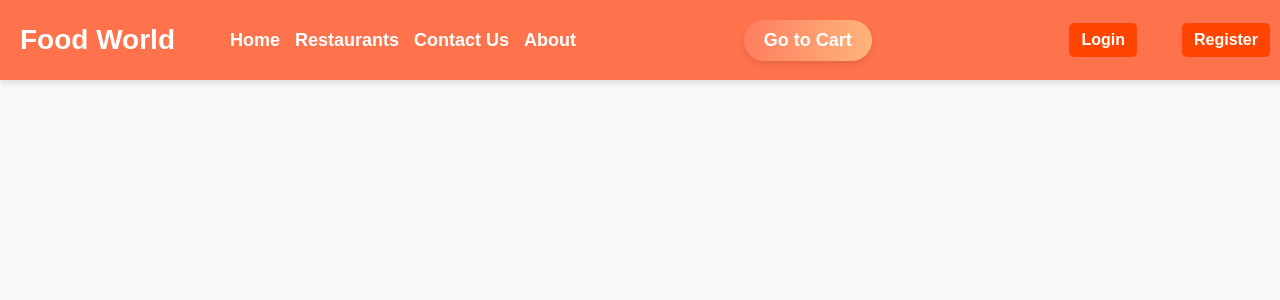
Repository: Sujith-B-S/Food-Application
Page: http://localhost/FoodApplication/home.jsp
The author's editor kept a copy of each file at every save. The page is drawn from the files as they stood at one save, then again after the next save.
The browser window is 1280 px wide. The pictures show the whole page.
Some web fonts or font styles are not loaded; a fallback is used. The page is served by Tomcat 9. Other server files are loaded and not shown.

Above is the page before, as saved 2024-11-28 06:45:50.

### FoodApplication/src/main/webapp/home.jsp
<%@ page language="java" contentType="text/html; charset=UTF-8" pageEncoding="UTF-8"%>
<%@ page import="com.sg.restaurantpojo.Restaurant" %>
<%@ page import="java.util.List" %>
<%@ page import="com.sg.userpojo.User" %>
<!DOCTYPE html>
<html lang="en">
<head>
    <meta charset="UTF-8">
    <meta name="viewport" content="width=device-width, initial-scale=1.0">
    <title>Home - Food Application</title>
    <style>
        /* Google Font */
        @import url('https://fonts.googleapis.com/css2?family=Nunito+Sans:wght@400;600;700&display=swap');

        html {
            scroll-behavior: smooth;
        }

        body {
            margin: 0;
            font-family: 'Nunito Sans', sans-serif;
            background-color: #f9f9f9;
        }

        /* Navbar Styling */
        .navbar {
            position: fixed;
            top: 0;
            width: 100%;
            height: 80px;
            background-color: #FF734C;
            display: flex;
            justify-content: space-between;
            align-items: center;
            padding: 0 20px;
            box-shadow: 0 4px 6px rgba(0, 0, 0, 0.1);
            z-index: 1000;
        }

        .navbar-left .nav {
            display: flex;
            align-items: center;
        }

        .navbar-left {
            gap: 35px;
            display: flex;
            align-items: center;
        }

        .app-name {
            font-size: 28px;
            font-weight: 700;
            color: white;
            margin-right: 20px;
        }

        nav {
            display: flex;
            gap: 15px;
        }

        .navbar a {
            color: white;
            text-decoration: none;
            font-size: 18px;
            font-weight: 600;
        }

        .navbar a:hover {
            color: black;
        }

        .user-info {
            display: flex;
            align-items: center;
            gap: 15px;
        }

        .user-info p {
            margin: 0;
            color: white;
            font-size: 18px;
        }

        .user-info a {
            color: #fff;
            padding: 8px 12px;
            border-radius: 5px;
            margin-right: 30px;
            background-color: #ff4500;
            font-size: 16px;
            text-decoration: none;
            transition: background-color 0.3s ease;
        }

        .user-info a:hover {
            background-color: #ff3300;
        }

        .cart-button {
            display: inline-block;
            margin-right: 30px;
            padding: 10px 20px;
            font-size: 18px;
            font-weight: bold;
            color: white;
            background: linear-gradient(90deg, #ff7e5f, #feb47b);
            border: none;
            border-radius: 25px;
            box-shadow: 0 4px 6px rgba(0, 0, 0, 0.1);
            text-decoration: none;
            text-align: center;
            transition: all 0.3s ease-in-out;
        }

        .cart-button:hover {
            background: linear-gradient(90deg, #feb47b, #ff7e5f);
            box-shadow: 0 6px 12px rgba(0, 0, 0, 0.2);
            transform: translateY(-2px);
        }

        .cart-button:active {
            transform: translateY(0);
            box-shadow: 0 3px 6px rgba(0, 0, 0, 0.1);
        }

        /* Hamburger Menu */
        .hamburger {
            display: none;
            flex-direction: column;
            gap: 5px;
            cursor: pointer;
        }

        .hamburger div {
            width: 25px;
            height: 3px;
            background-color: white;
        }

        .navbar nav {
            display: flex;
        }

        .navbar nav.active {
            display: flex;
            flex-direction: column;
            background-color: #FF734C;
            position: absolute;
            top: 70px;
            left: 0;
            width: 100%;
            padding: 10px 0;
            z-index: 999;
        }

        .container {
            margin: 50px;
            margin-top: 100px;
            display: grid;
            grid-template-columns: repeat(auto-fit, minmax(250px, 1fr));
            gap: 50px;
            height: 150px;
            padding: 20px;
        }

        .card {
            border: 1px solid #ddd;
            border-radius: 10px;
            margin-bottom: 10px;
            background-color: #fff;
            box-shadow: 0 4px 8px rgba(0, 0, 0, 0.1);
            transition: transform 0.3s ease, box-shadow 0.3s ease;
        }

        .card:hover {
            transform: scale(1.05);
            box-shadow: 0 6px 12px rgba(0, 0, 0, 0.2);
        }

        .card img {
            width: 100%;
            height: 250px;
            object-fit: cover;
            -moz-border-radius: 0px;
            -webkit-border-radius: 3px 3px 0px 0px;
            border-radius: 10px 10px 0px 0px;
        }

        .card-content {
            padding: 15px;
            text-align: center;
        }

        .card-content h3 {
            font-size: 1.5rem;
            color: #1E201E;
            margin: 10px 0;
        }

        .card-content p {
            font-size: 0.9rem;
            color: #666;
            margin: 5px 0;
        }

        a {
            text-decoration: none;
        }

        /* Responsive Adjustments */
        @media (max-width: 790px) {
            .hamburger {
                display: flex;
                width: 10px;
            }

            .navbar nav {
                display: none;
            }

            .navbar nav.active {
                display: flex;
            }

            .app-name {
                font-size: 24px;
            }

            .user-info a {
                font-size: 14px;
            }
        }

        @media (max-width: 450px) {
            .hamburger {
                display: flex;
            }

            .navbar nav {
                display: none;
            }

            .navbar nav.active {
                display: flex;
            }

            .app-name {
                font-size: 20px;
            }

            .user-info a {
                font-size: 7px;
            }
        }

    </style>
    <script>
        document.addEventListener('DOMContentLoaded', () => {
            const hamburger = document.querySelector('.hamburger');
            const nav = document.querySelector('.navbar nav');

            hamburger.addEventListener('click', () => {
                nav.classList.toggle('active');
            });
        });
    </script>
</head>
<body>

    <!-- Navbar -->
    <div class="navbar">
        <div class="navbar-left">
            <div class="title">
                <p class="app-name">Food World</p>
            </div>
            <div class="hamburger">
                <div></div>
                <div></div>
                <div></div>
            </div>
            <nav>
                <a href="home.jsp">Home</a>
                <a href="restaurants.jsp">Restaurants</a>
                <a href="contact.jsp">Contact Us</a>
                <a href="about.jsp">About</a>
            </nav>
        </div>
        <a href="cart.jsp" class="cart-button"> Go to Cart</a>
        <div class="user-info">
            <%
                User user = (User) session.getAttribute("loggedInUser");
                if (user != null) {
            %>
                <p>Welcome, <%= user.getUsername() %></p>
                <a href="login.jsp">Logout</a>
            <%
                } else {
            %>
                <a href="login.jsp">Login</a>
                <a href="register.jsp">Register</a>
            <%
                }
            %>
        </div>
    </div>

    <!-- Restaurant Cards -->
    <div class="container">
        <%
            List<Restaurant> resList = (List<Restaurant>) session.getAttribute("resList");
            if (resList != null) {
                for (Restaurant res : resList) {
        %>
        <a href="ShowMenu?restaurantId=<%= res.getRestaurantId() %>">
        <div class="card">
            <img src="<%= res.getImage() %>" alt="Restaurant">
            <div class="card-content">
                <h3><%= res.getName() %></h3>
                <p><strong>Cuisine:</strong> <%= res.getCuisineType() %></p>
                <p><strong>Location:</strong> <%= res.getAddress() %></p>
            </div>
        </div>
        </a>
        <%
            }
        }
        %>
    </div>
</body>
</html>

After the next save:
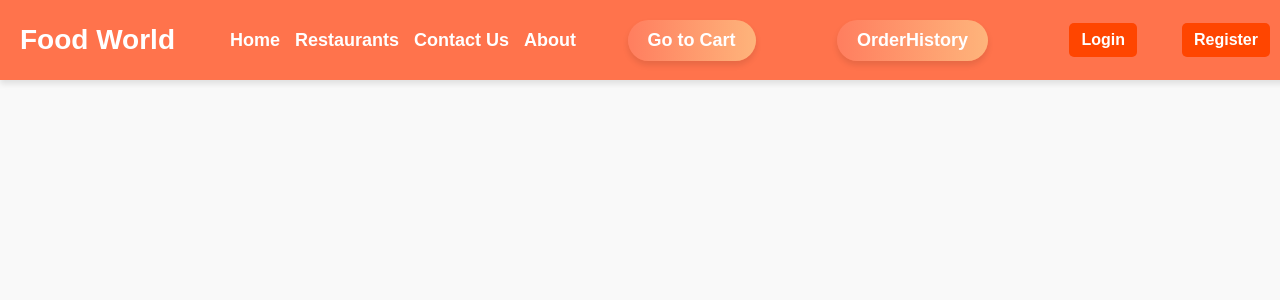
Saved 2 min 39 s later.
--- a/FoodApplication/src/main/webapp/home.jsp
+++ b/FoodApplication/src/main/webapp/home.jsp
@@ -288,6 +288,7 @@
             </nav>
         </div>
         <a href="cart.jsp" class="cart-button"> Go to Cart</a>
+        <a href="cart.jsp" class="cart-button">OrderHistory</a>
         <div class="user-info">
             <%
                 User user = (User) session.getAttribute("loggedInUser");
